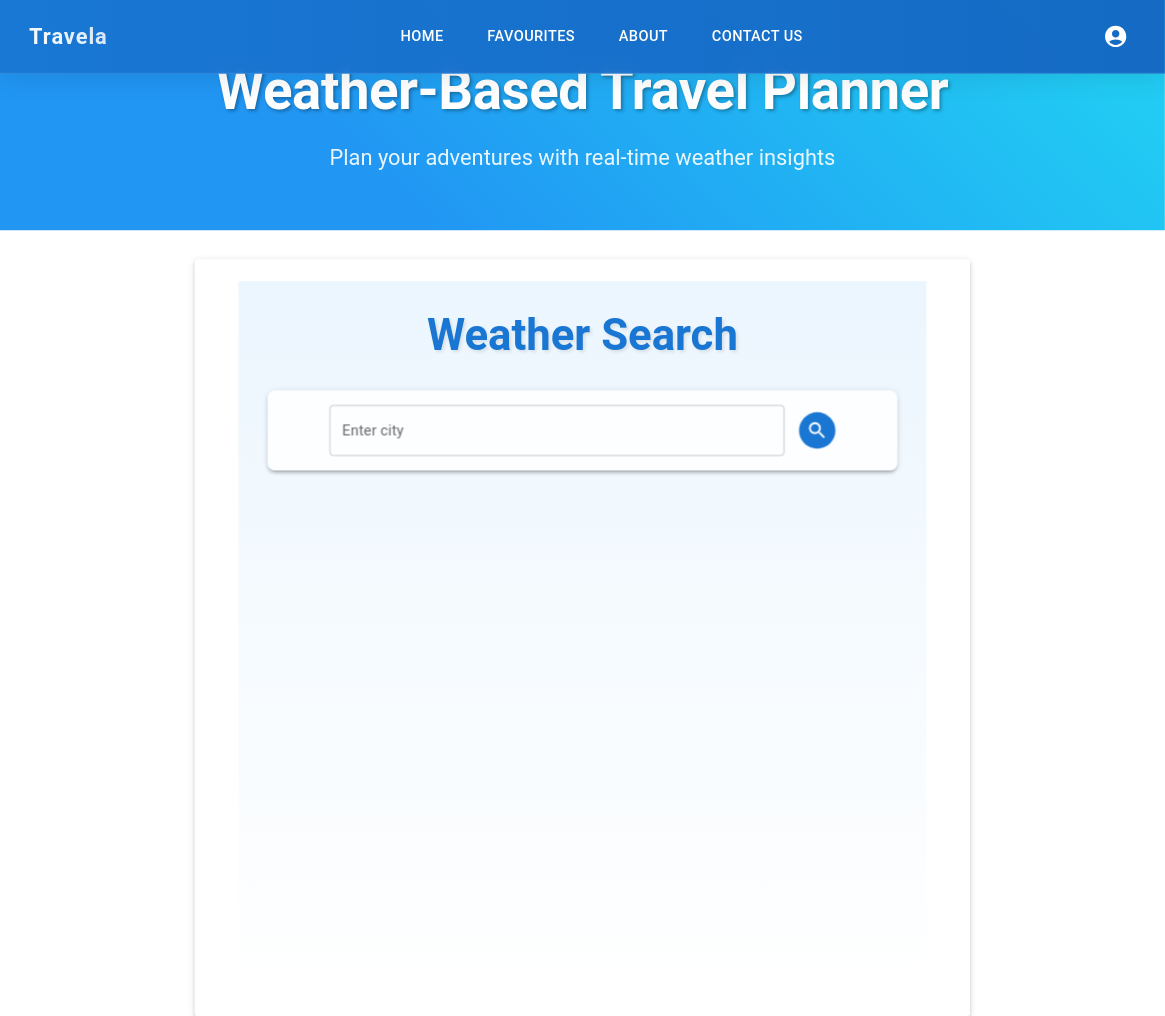
Repository: sphllzulu/TemperatureTrail
Page: / (app in frontend/)
An editor plug-in stored every save of this project. The page is shown before and after a run of saves, followed by the edit.
The browser window is 1280 px wide. The pictures show the whole page, at 91% of full size.
The project was rebuilt for these pictures with package versions that can differ from the ones it lists, and the page was loaded fresh each time. Also part of the build but not shown: frontend/vite.config.js, frontend/src/components/SuggestedActivities.jsx, frontend/src/components/Map.jsx, frontend/src/pages/Profile.jsx, frontend/src/components/Login.jsx, frontend/src/components/Register.jsx.

Above is the page before, as saved 2025-01-15 16:21:47.

After the next 4 saves:
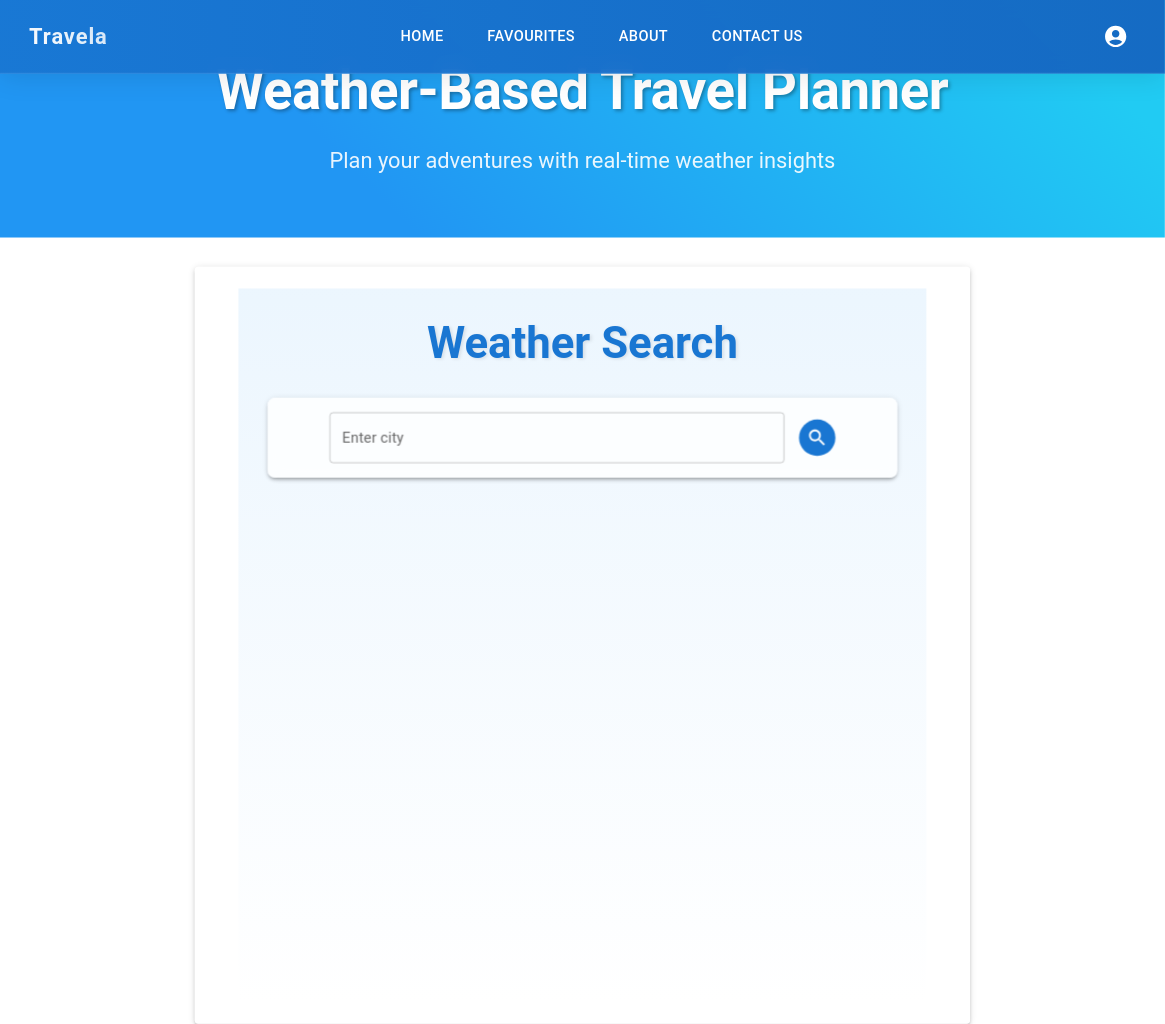
The 4 saves are shown as one change because 1 did not build or start and some came seconds apart.
The last was saved 59 s later.
--- a/frontend/src/pages/Home.jsx
+++ b/frontend/src/pages/Home.jsx
@@ -74,7 +74,7 @@ const Home = () => {
             align="center"
             color="inherit"
             paragraph
-            sx={{ opacity: 0.9 }}
+            sx={{ opacity: 0.9, padding: 0.5 }}
           >
             Plan your adventures with real-time weather insights
           </Typography>
